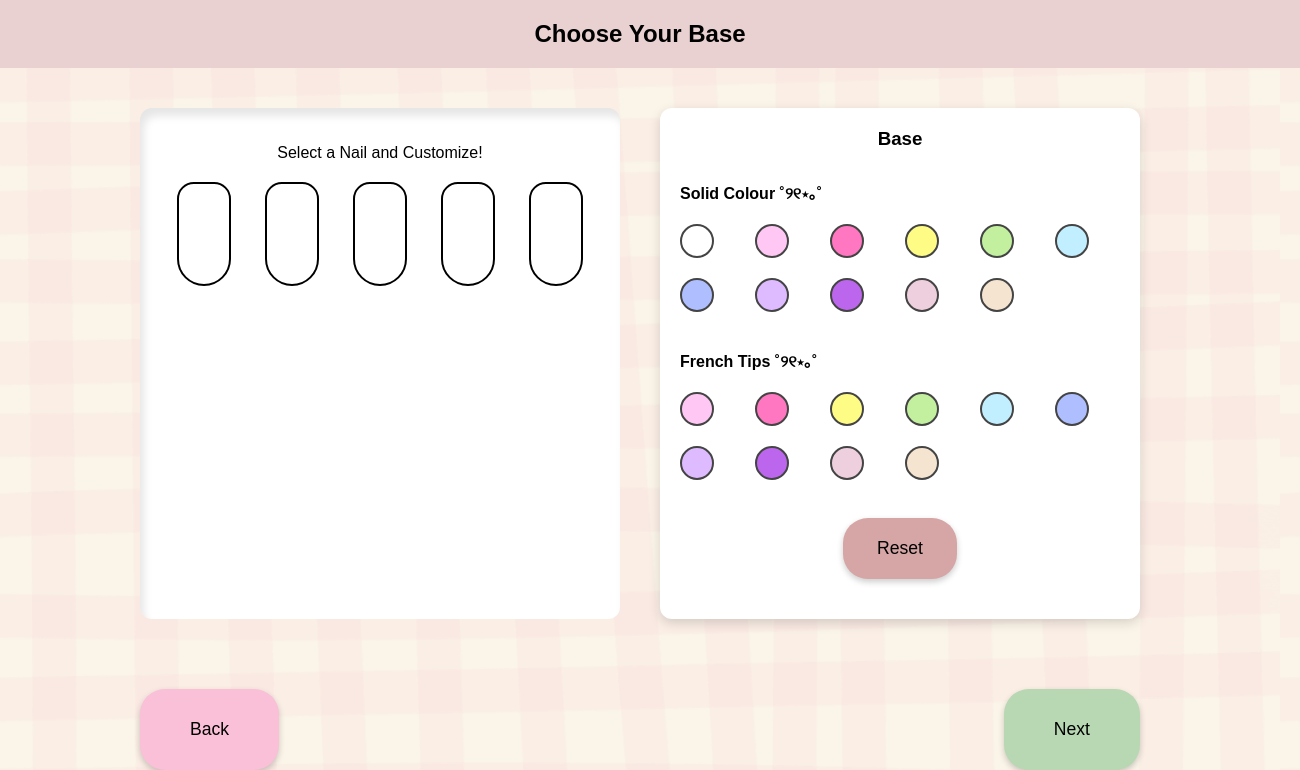
Repository: amolwalia/Fluidity-Lab
Page: base-paint.html
The author's editor kept a copy of each file at every save. The page is drawn from the files as they stood at one save, then again after the next save.
The browser window is 1280 px wide. The page is 1300 px wide, so the pictures cover 1300 px, including what lies to the right of the window. The pictures show the whole page.

Above is the page before, as saved 2025-05-11 19:17:45.

After the next save:
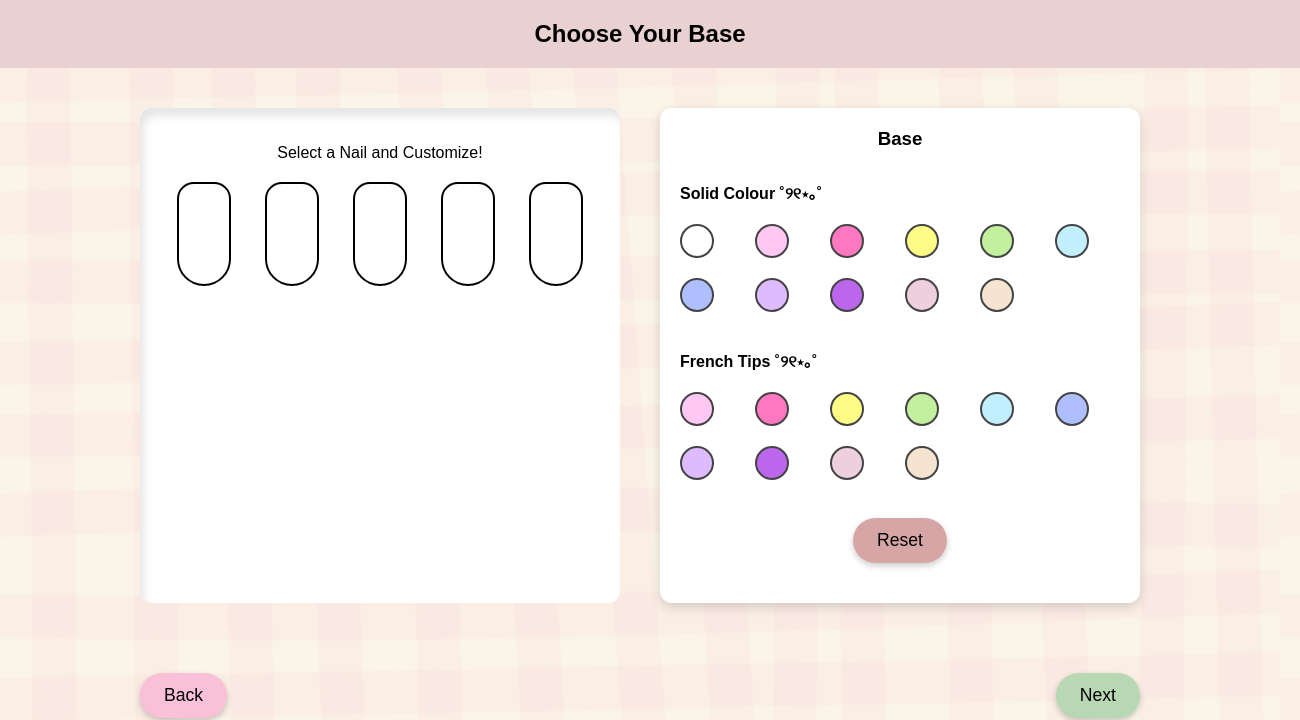
Saved 28 s later.
--- a/styles/basepaints.css
+++ b/styles/basepaints.css
@@ -119,7 +119,7 @@ strong.custom {
   margin-top: 30px;
 }
 .btn {
-  padding: 20px 34px;
+  padding: 12px 24px;
   font-size: 1.1rem;
   background-color: #b7d8b2;
   border: none;
@@ -134,11 +134,9 @@ strong.custom {
 }
 .btn-pink {
   background-color: #f9c0d7;
-  padding: 30px 50px;
 }
 .btn-green {
   background-color: #b7d8b2;
-  padding: 30px 50px;
 }
 .btn-brown {
   background-color: #d6a5a5;
